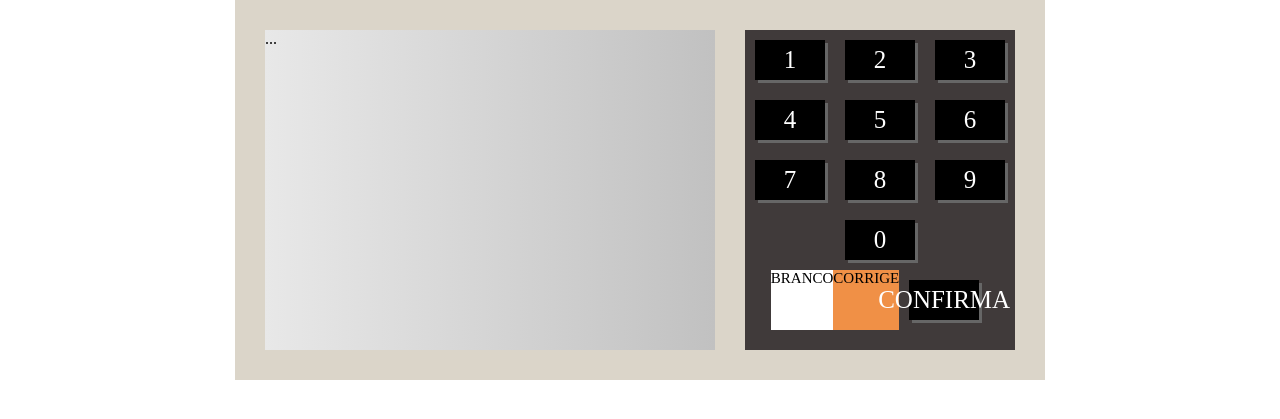
Repository: ThiagoIturra/urnaJs
Page: index.html
These files come from the project's save history. The page is drawn as it stood at one moment and after the next save; the edit follows.
The browser window is 1280 px wide. The pictures show the whole page.

Above is the page before, as saved 2022-01-05 16:14:01.

### index.html
<!DOCTYPE html>
<html lang="pt-BR">
<header>
    <meta charset="UTF-8" />
    <meta name="viewport" content="width=device-width, initial-scale=1.0">
    <link rel="stylesheet" href="style.css">
    <title>Urna Eletrônica</title>
</header>
<body>
    <div class="urna">
        <div class="screen">
...
        </div>
        <div class="keyboard">
            <div class="keyboard--line">
                <div class="keyboard--button">1</div>
                <div class="keyboard--button">2</div>
                <div class="keyboard--button">3</div>
            </div>
            <div class="keyboard--line">
                <div class="keyboard--button">4</div>
                <div class="keyboard--button">5</div>
                <div class="keyboard--button">6</div>
            </div>
            <div class="keyboard--line">
                <div class="keyboard--button">7</div>
                <div class="keyboard--button">8</div>
                <div class="keyboard--button">9</div>
            </div>
            <div class="keyboard--line">
                <div class="keyboard--button">0</div>
            </div>
            <div class="keyboard--line">
                <div class="keyboard--button--branco">BRANCO</div>
                <div class="keyboard--button--corrige">CORRIGE</div>
                <div class="keyboard--button">CONFIRMA</div>
            </div>
        </div>
    </div>
</body>
</html>

### style.css
body {
    margin: 0;
    display: flex;
    justify-content: center;
    align-items: center;
}

.urna {
    background-color: #dbd5c9;
    padding: 30px;
    display: flex;
}

.screen {
    width: 450px;
    height: 320px;
    background: linear-gradient(to right, #e8e8e8, #c1c1c1);
}

.keyboard {
    background-color: #403A3A;
    margin-left: 30px;
}

.keyboard--line {
    display: flex;
    justify-content: center;
}

.keyboard--button {
    width: 70px;
    height: 40px;
    background-color: #000;
    color: #fff;
    font-size: 25px;
    display: flex;
    justify-content: center;
    align-items: center;
    margin: 10px;
    cursor: pointer;
    box-shadow: 3px 3px 0px #666;
}

.keyboard--button--branco {
    background-color: #fff;
    color: #000;
    font-size: 15px;
    cursor: pointer;
}

.keyboard--button--corrige {
    background-color: #f09046;
    color: #000;
    font-size: 15px;
    cursor: pointer;
}

.keyboard--button--confirma {
    background-color: #48c079;
    color: #000;
    font-size: 15px;
    cursor: pointer;
}

After the next save:
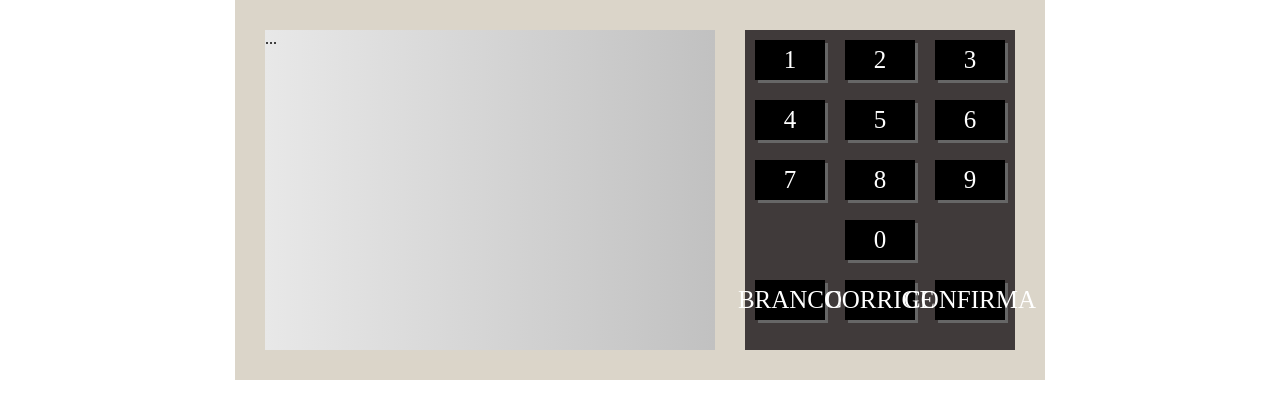
Saved 88 s later.
--- a/index.html
+++ b/index.html
@@ -31,9 +31,9 @@
                 <div class="keyboard--button">0</div>
             </div>
             <div class="keyboard--line">
-                <div class="keyboard--button--branco">BRANCO</div>
-                <div class="keyboard--button--corrige">CORRIGE</div>
-                <div class="keyboard--button">CONFIRMA</div>
+                <div class="keyboard--button button--branco">BRANCO</div>
+                <div class="keyboard--button button--corrige">CORRIGE</div>
+                <div class="keyboard--button button--confirma">CONFIRMA</div>
             </div>
         </div>
     </div>
